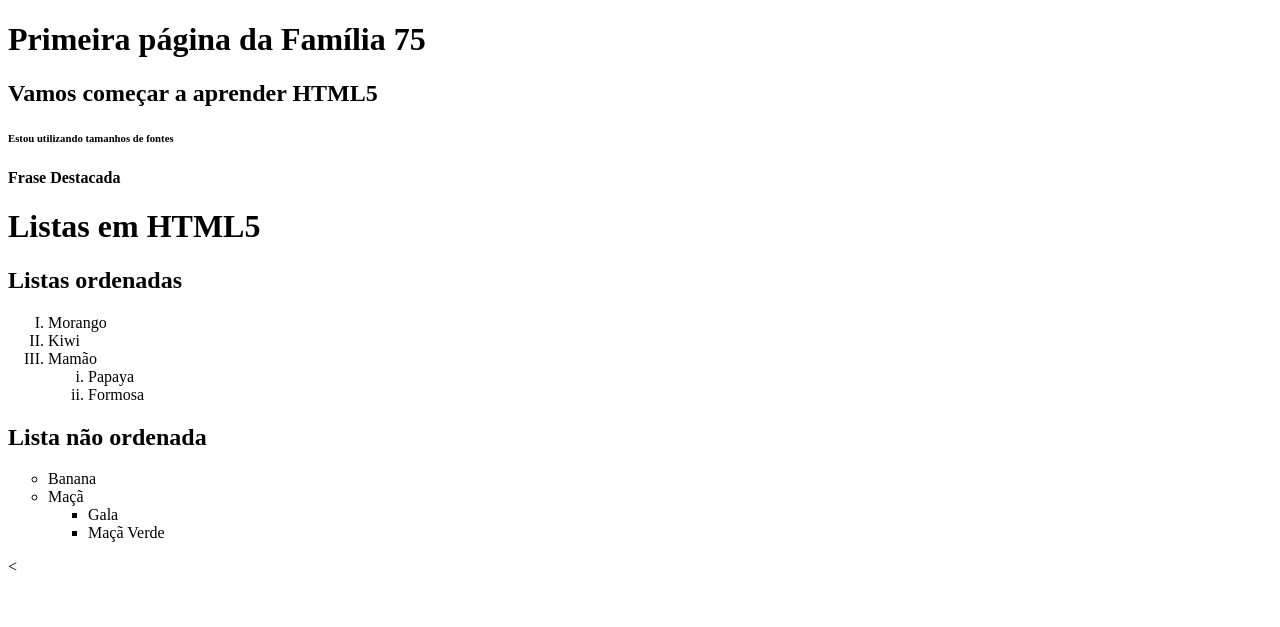
Repository: Thichi99/BootcampGen75
Page: Familia75/index.html
These files come from the project's save history. The page is drawn as it stood at one moment and after a run of saves; the edit follows.
The browser window is 1280 px wide. The pictures show the whole page.

Above is the page before, as saved 2024-07-26 11:00:11.

### Familia75/index.html
<!DOCTYPE html> <!--Estou indicando que é um documento do tipo HTML-->
<html lang="pt-br">
<head>
    <meta charset="UTF-8">
    <meta name="viewport" content="width=device-width, initial-scale=1.0">
    <meta name="author" content="Luís Guerreiro">
    <meta name="description" content="Minha primeira pagina Web -- Olá Mundo!!!">
    <meta name="keywords" content="Pobreza,erradicação,familia">
    <title>Família 75</title>
</head>
<body>
   <h1>Primeira página da Família 75</h1>
   <h2>Vamos começar a aprender HTML5</h2>
   <h6>Estou utilizando tamanhos de fontes</h6>
   <strong>Frase Destacada</strong>
   <h1>Listas em HTML5</h1>
   <h2>Listas ordenadas</h2>
   <ol type="I">
        <li>Morango</li>
        <li>Kiwi</li>
        <li>Mamão
            <ol type="i">
                <li>Papaya</li>
                <li>Formosa</li>
            </ol>
        </li>
   </ol>
   <h2>Lista não ordenada</h2>
   <ul type="circle">
        <li>Banana</li>
        <li>Maçã
            <ul type="square">
                <li>Gala</li>
                <li>Maçã Verde</li>
            </ul>
        </li>
   </ul>
   <
</body>
</html>

After the next 2 saves:
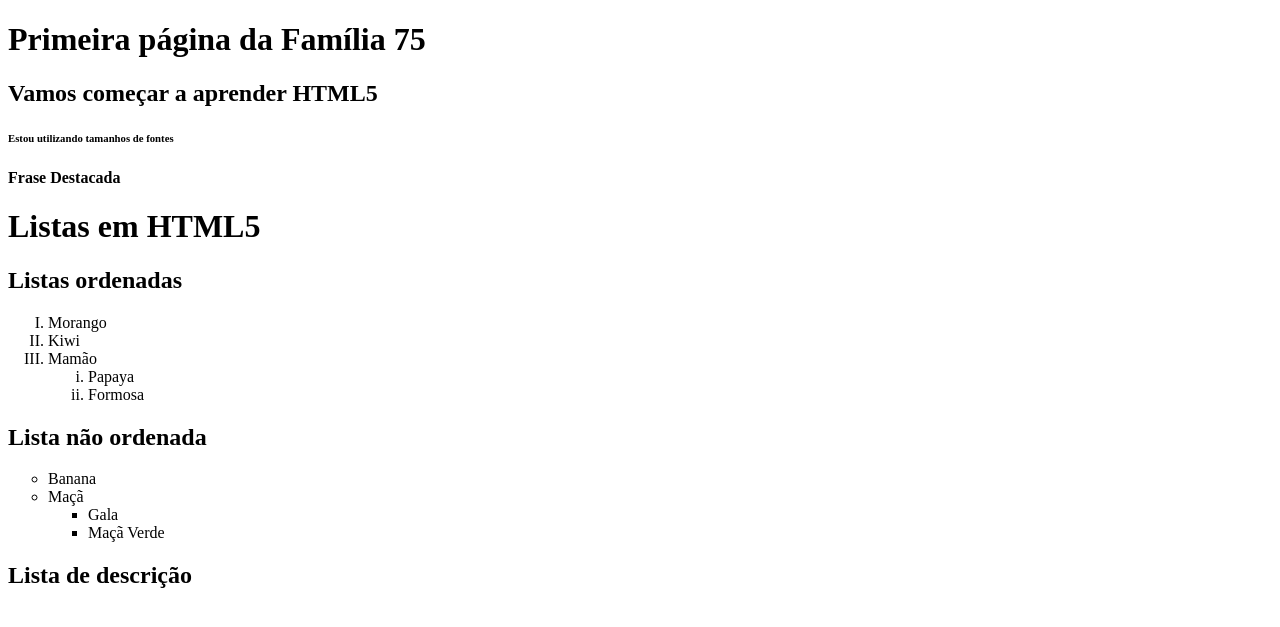
The 2 saves are shown as one change because they came seconds apart.
The last was saved 12 s later.
--- a/Familia75/index.html
+++ b/Familia75/index.html
@@ -35,6 +35,7 @@
             </ul>
         </li>
    </ul>
-   <
+   <h2>Lista de descrição</h2>
+
 </body>
 </html>
